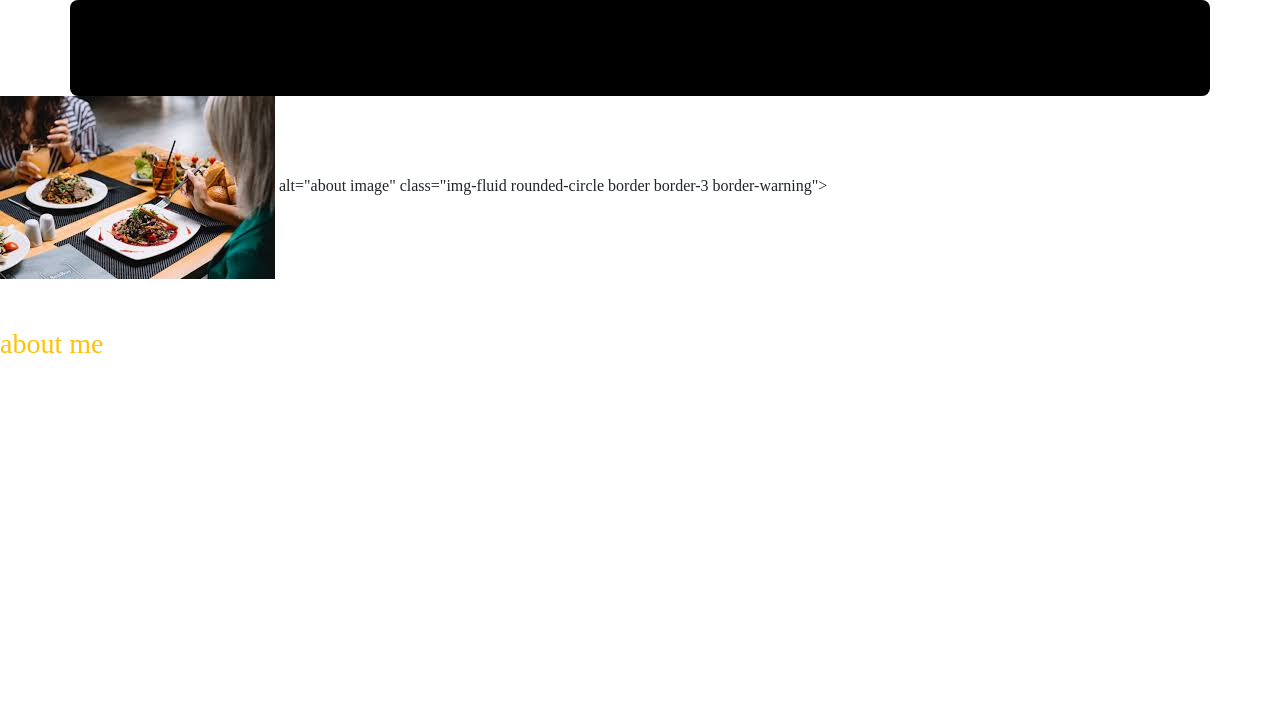
Repository: abeera518/part-2
Page: socialmedia.html
The author's editor kept a copy of each file at every save. The page is drawn from the files as they stood at one save, then again after the next save.
The browser window is 1280 px wide. The pictures show the whole page.

Above is the page before, as saved 2025-11-20 23:34:30.

### socialmedia.html
<html lang="en">

<head>
    <meta charset="UTF-8">
    <meta name="viewport" content="width=device-width, initial-scale=1.0">
    <link href="https://cdn.jsdelivr.net/npm/bootstrap@5.0.2/dist/css/bootstrap.min.css" rel="stylesheet"
        integrity="sha384-EVSTQN3/azprG1Anm3QDgpJLIm9Nao0Yz1ztcQTwFspd3yD65VohhpuuCOmLASjC" crossorigin="anonymous">
    <link rel="stylesheet" href="style.css">
    <title>Document</title>
</head>

<body>
    <div id="about" class="container about p-5"></div>
    <div class="row"></div>
    <div class="col-6"></div>
    <img src=download.jpg> alt="about image" class="img-fluid rounded-circle border border-3 border-warning">
    <div class="col-6 pt-5 pl-5 pb-5 text-white">
        <h3 class="text-warning">about me</h3>
        <h1 class="m-heading">a little bit about me</h1>
    </div>
    <div id="container"

### style.css
html {
    scroll-behavior: smooth;
}

body {
    background-color: black(9, 83, 148);
    font-family: "Baloo Tamma 2", cursive;
}

.m-heading {
    font-family: "Roboto slab", serif;
}

.text-white {
    color: rgb(218, 23, 23);
}

.main-container {
    height: 100vh;
    display: flex;
    justify-content: center;
    align-items: center;
    flex-direction: column;
    background-image: url(download.jpg);
    background-repeat: no-repeat;
    background-size: cover;
    background-attachment: fixed;
}

.main row {
    display: flex;
    justify-content:
        center;
    align-items: center;
}

.main row h1 {
    font-size: 5rem
}

.main_row img {
    width: auto;
    height: 100vh;
}

.about {
    background: black;
    border-radius: 0.5rem;
}

.card {
    border-bottom: 8px solid
}

After the next save:
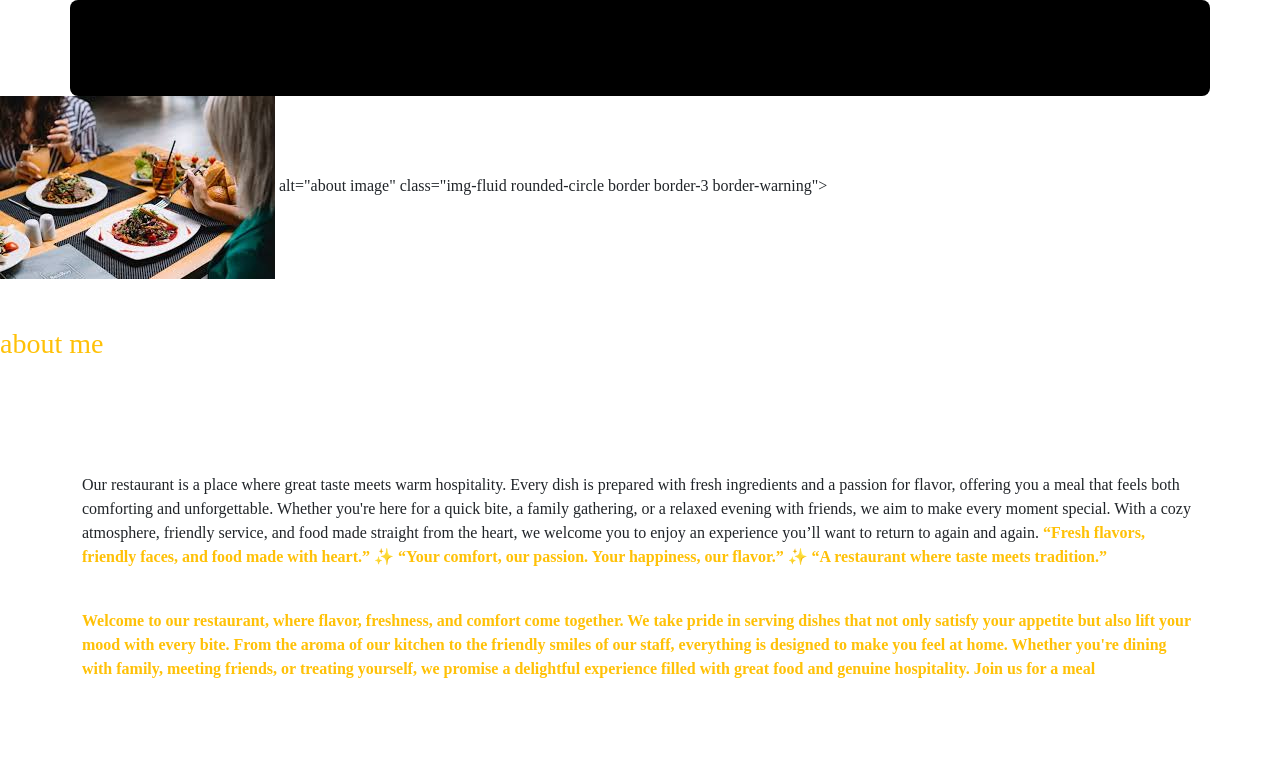
Saved 9 s later.
--- a/socialmedia.html
+++ b/socialmedia.html
@@ -18,4 +18,23 @@
         <h3 class="text-warning">about me</h3>
         <h1 class="m-heading">a little bit about me</h1>
     </div>
-    <div id="container"
+    <div id="container" class="container">
+        <p>
+            <b class="text-warning"> </b>Our restaurant is a place where great taste meets warm hospitality. Every dish is prepared with fresh ingredients and a
+            passion for flavor, offering you a meal that feels both comforting and unforgettable. Whether you're here for a quick
+            bite, a family gathering, or a relaxed evening with friends, we aim to make every moment special. With a cozy
+            atmosphere, friendly service, and food made straight from the heart, we welcome you to enjoy an experience you’ll want
+            to return to again and again. <b class="text-warning">
+                “Fresh flavors, friendly faces, and food made with heart.”
+
+                ✨ “Your comfort, our passion. Your happiness, our flavor.”
+
+                ✨ “A restaurant where taste meets tradition.”
+            </b>
+        </p>
+        <br />
+        <p>
+            <b class="text-warning">Welcome to our restaurant, where flavor, freshness, and comfort come together. We take pride in serving dishes that not
+            only satisfy your appetite but also lift your mood with every bite. From the aroma of our kitchen to the friendly smiles
+            of our staff, everything is designed to make you feel at home. Whether you're dining with family, meeting friends, or
+            treating yourself, we promise a delightful experience filled with great food and genuine hospitality. Join us for a meal
